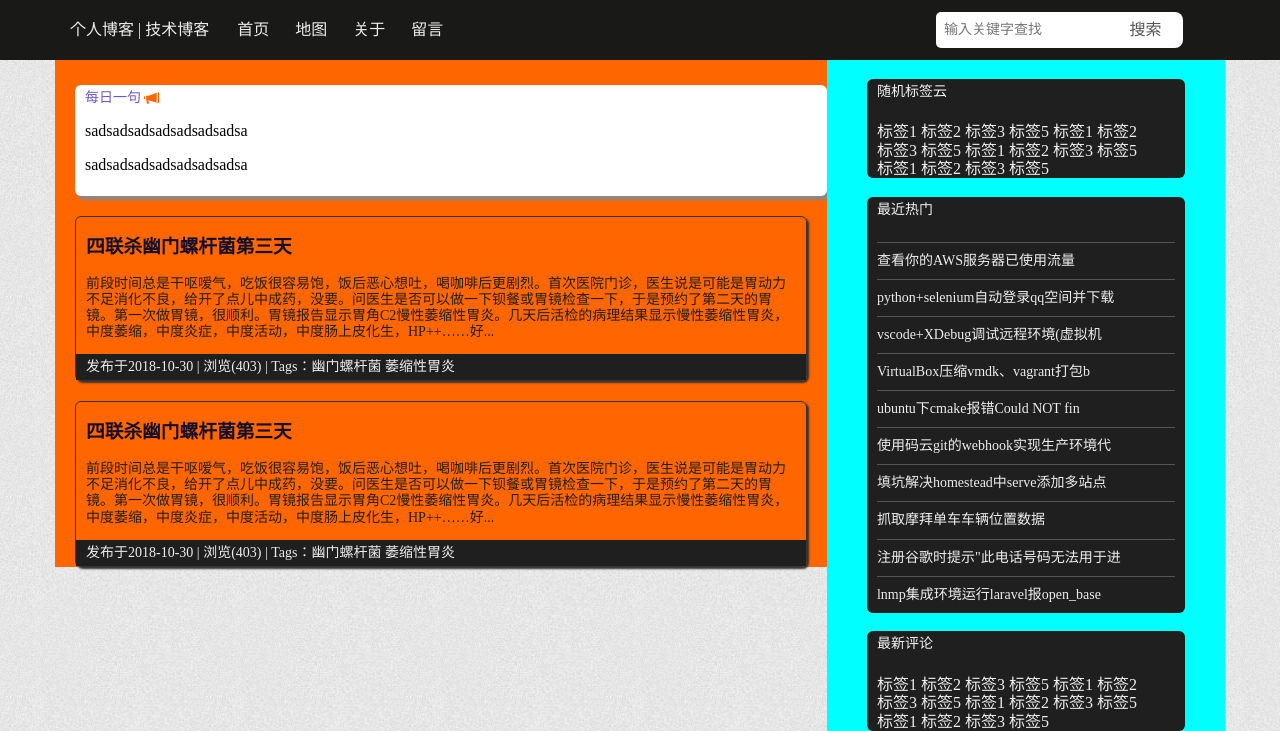
Repository: li1214/my_blog
Page: page/index.html
An editor plug-in stored every save of this project. The page is shown before and after the next save, followed by the edit.
The browser window is 1280 px wide. The pictures show the whole page.

Above is the page before, as saved 2019-01-04 11:00:51.

After the next save:
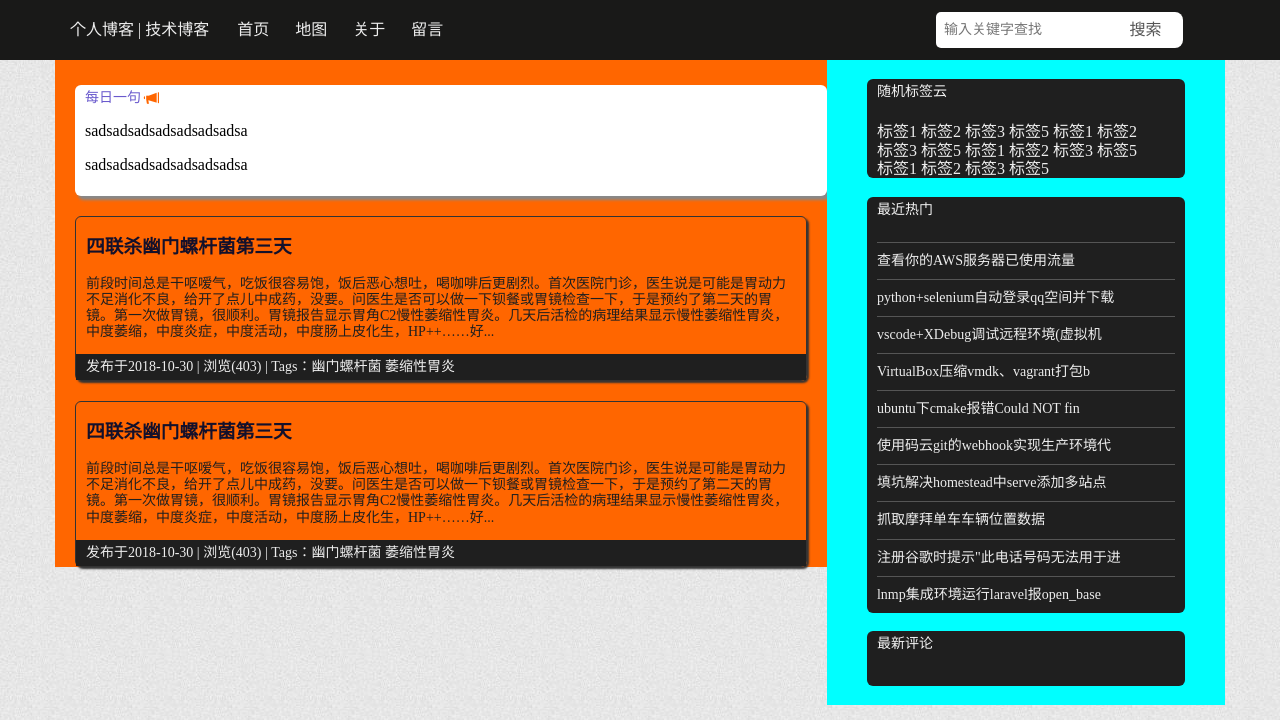
Saved 65 s later.
--- a/page/index.html
+++ b/page/index.html
@@ -131,10 +131,12 @@
         <div class="right-box">
           <h4>最新评论</h4>
           <div class="contents">
-            <a>标签1</a> <a>标签2</a> <a>标签3</a> <a>标签5</a> <a>标签1</a>
-            <a>标签2</a> <a>标签3</a> <a>标签5</a> <a>标签1</a> <a>标签2</a>
-            <a>标签3</a> <a>标签5</a> <a>标签1</a> <a>标签2</a> <a>标签3</a>
-            <a>标签5</a>
+            <div class='item'>
+                <div class='item-title'>
+                    <h4></h4>
+                    <span></span>
+                </div>
+            </div>
           </div>
         </div>
       </div>
